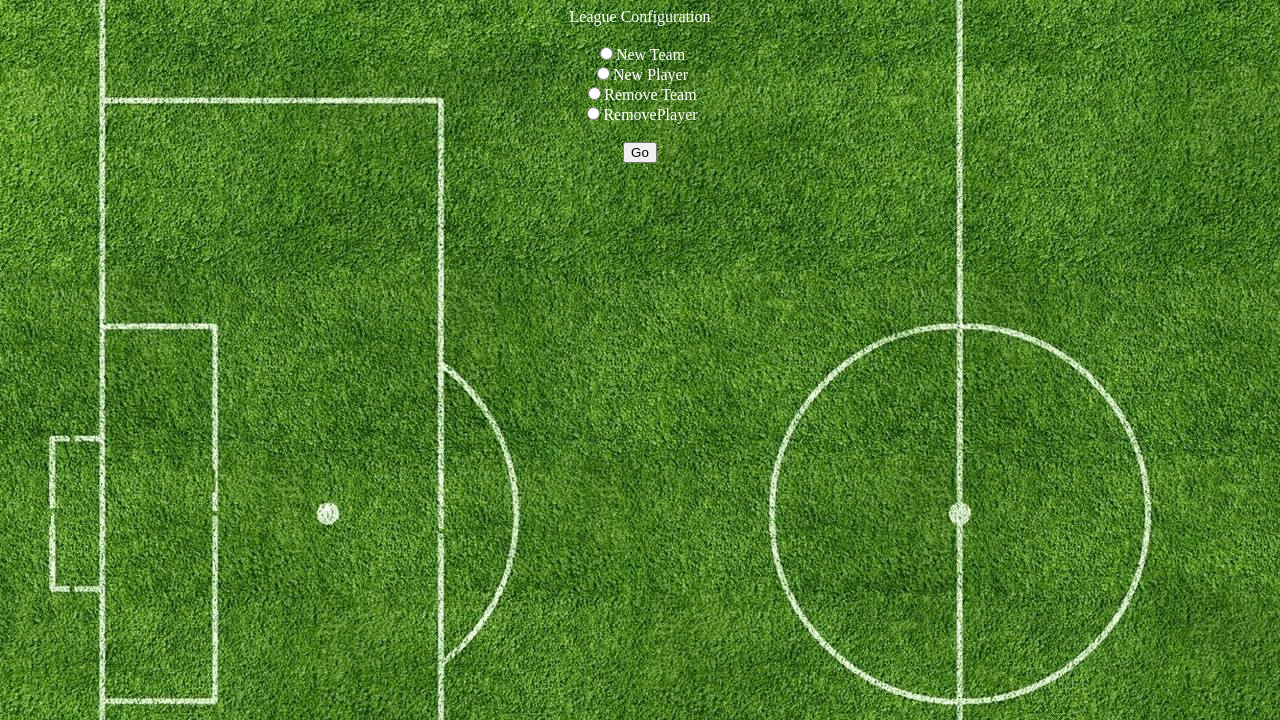
Repository: FredGlozman/SwiftScore
Page: SwiftScore/LeagueConfiguration.html
An editor plug-in stored every save of this project. The page is shown before and after the next save, followed by the edit.
The browser window is 1280 px wide. The pictures show the whole page.

Above is the page before, as saved 2015-12-03 12:39:01.

### SwiftScore/LeagueConfiguration.html
<html>
<style>
p, form {
	color: white;
	size: 30;
}
</style>
<head>
<title>SwiftScore</title>
</head>
<center>
	<body background="soccer.jpg">
		<form action="LeagueConfiguration.php" method="post">
			League Configuration <br> <br>
			<input type="radio" name="action" value="1">New Team <br>
			<input type="radio" name="action" value="2">New Player <br>
			<input type="radio" name="action" value="3">Remove Team <br>
			<input type="radio" name="action" value="4">RemovePlayer
			<br> <br>
			<input type="submit" value="Go">

		</form>
</center>
</body>
</html>

After the next save:
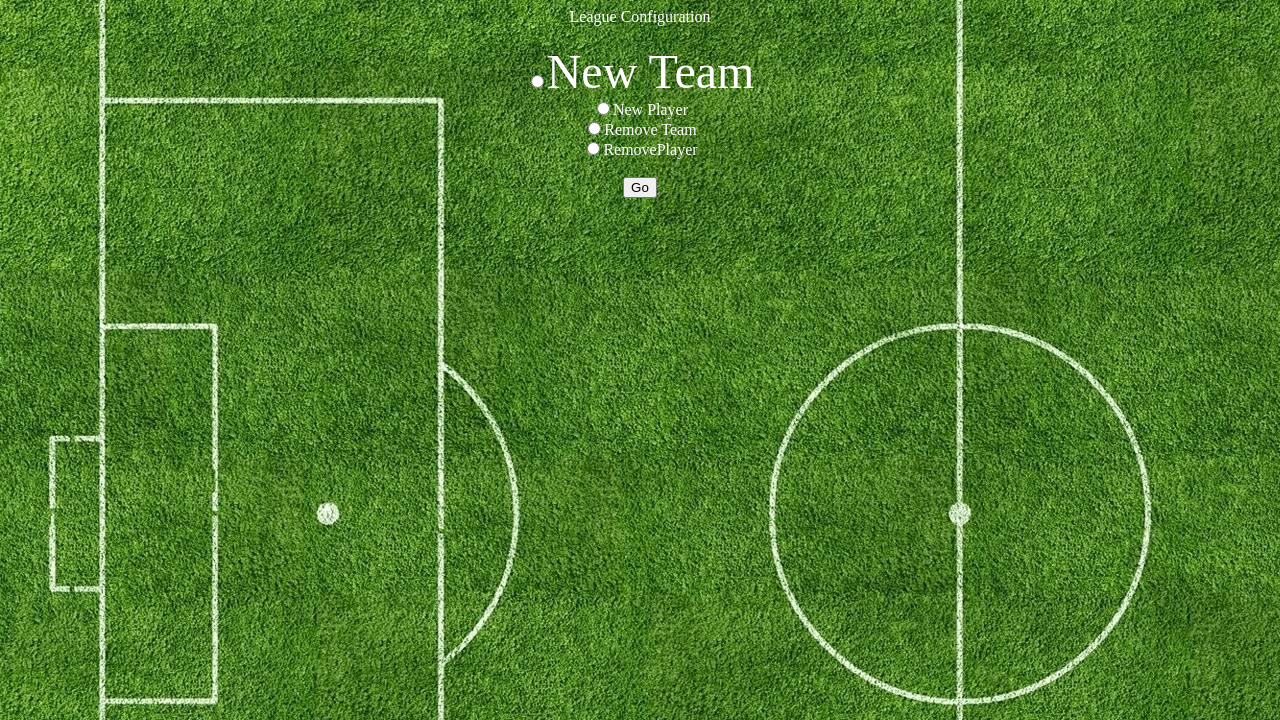
Saved 20 s later.
--- a/SwiftScore/LeagueConfiguration.html
+++ b/SwiftScore/LeagueConfiguration.html
@@ -2,7 +2,6 @@
 <style>
 p, form {
 	color: white;
-	size: 30;
 }
 </style>
 <head>
@@ -12,7 +11,7 @@ p, form {
 	<body background="soccer.jpg">
 		<form action="LeagueConfiguration.php" method="post">
 			League Configuration <br> <br>
-			<input type="radio" name="action" value="1">New Team <br>
+			<input type="radio" name="action" value="1"><font size = 30x >New Team</font> <br>
 			<input type="radio" name="action" value="2">New Player <br>
 			<input type="radio" name="action" value="3">Remove Team <br>
 			<input type="radio" name="action" value="4">RemovePlayer
